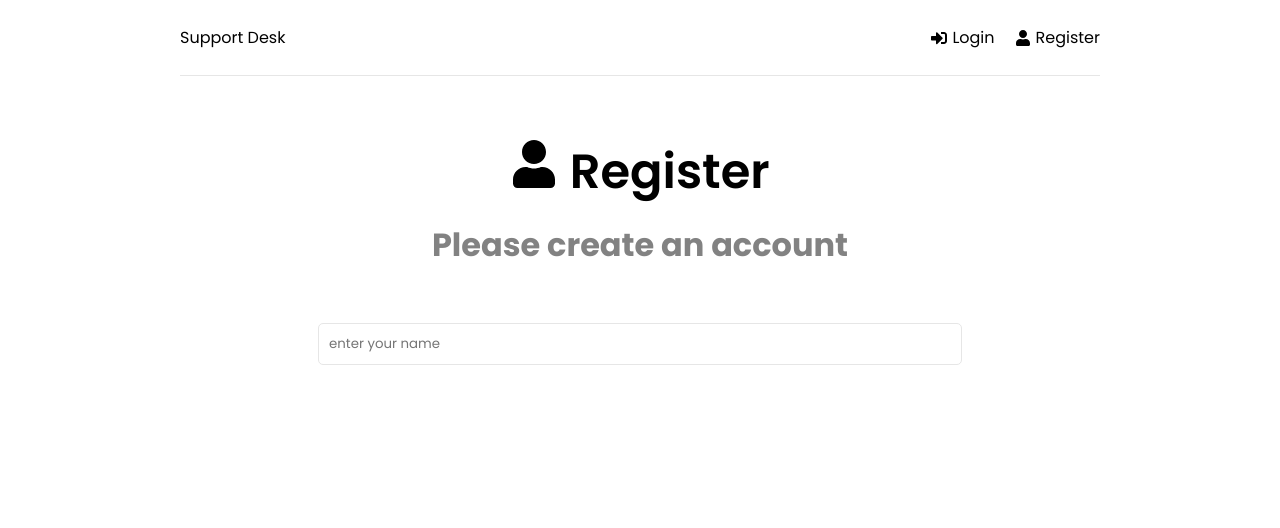
Repository: benjamins1995/support-desk
Page: /register (app in frontend/)
The author's editor kept a copy of each file at every save. The page is drawn from the files as they stood at one save, then again after the next save.
The browser window is 1280 px wide. The pictures show the whole page.
The project was rebuilt for these pictures with package versions that can differ from the ones it lists, and the page was loaded fresh each time. Also part of the build but not shown: frontend/src/pages/Login.jsx. Imported but missing from the stored project, and not drawn on this page: frontend/src/features/counter/counterSlice, frontend/src/pages/Home.

Above is the page before, as saved 2022-03-01 21:12:43.

### frontend/src/App.js
import { BrowserRouter as Router, Routes, Route } from 'react-router-dom';
import Header from './components/Header';
import Home from './pages/Home';
import Login from './pages/Login';
import Register from './pages/Register';

function App() {
  return (
    <>
      <Router>
        <div className='container'>
          <Header />
          <Routes>
            <Route path='/' element={<Home />} />
            <Route path='/login' element={<Login />} />
            <Route path='/register' element={<Register />} />
          </Routes>
        </div>
      </Router>
    </>
  );
}

export default App;

### frontend/src/components/Header.jsx
import { FaSignInAlt, FaSignOutAlt, FaUser } from 'react-icons/fa';
import { Link } from 'react-router-dom';

function Header() {
  return (
    <header className='header'>
      <div className='logo'>
        <Link to='/'> Support Desk</Link>
      </div>
      <ul>
        <li>
          <Link to='/login'>
            <FaSignInAlt /> Login
          </Link>
        </li>
        <li>
          <Link to='/register'>
            <FaUser /> Register
          </Link>
        </li>
      </ul>
    </header>
  );
}

export default Header;

### frontend/src/pages/Register.jsx
import { useState } from 'react';
import { FaUser } from 'react-icons/fa';

function Register() {
  const [formData, setFormData] = useState({
    name: '',
    email: '',
    password: '',
    password2: '',
  });

  const { name, email, password, password2 } = formData;

  const onChange = (e) => {
    setFormData((prevState) => ({
      ...prevState,
      [e.target.name]: e.target.value,
    }));
  };

  return (
    <>
      <section className='heading'>
        <h1>
          <FaUser /> Register
        </h1>
        <p>Please create an account</p>
      </section>
      <section className='form'>
        <form>
          <div className='form-group'>
            <input
              type='text'
              className='form-control'
              id='name'
              name='name'
              value={name}
              onChange={onChange}
              placeholder='enter your name'
            ></input>
          </div>
        </form>
      </section>
    </>
  );
}

export default Register;

Loaded but not shown: frontend/public/index.html (common file); frontend/src/index.js (common file); frontend/src/index.css (common file); frontend/src/app/store.js (common file); frontend/src/serviceWorker.js (common file)

After the next save:
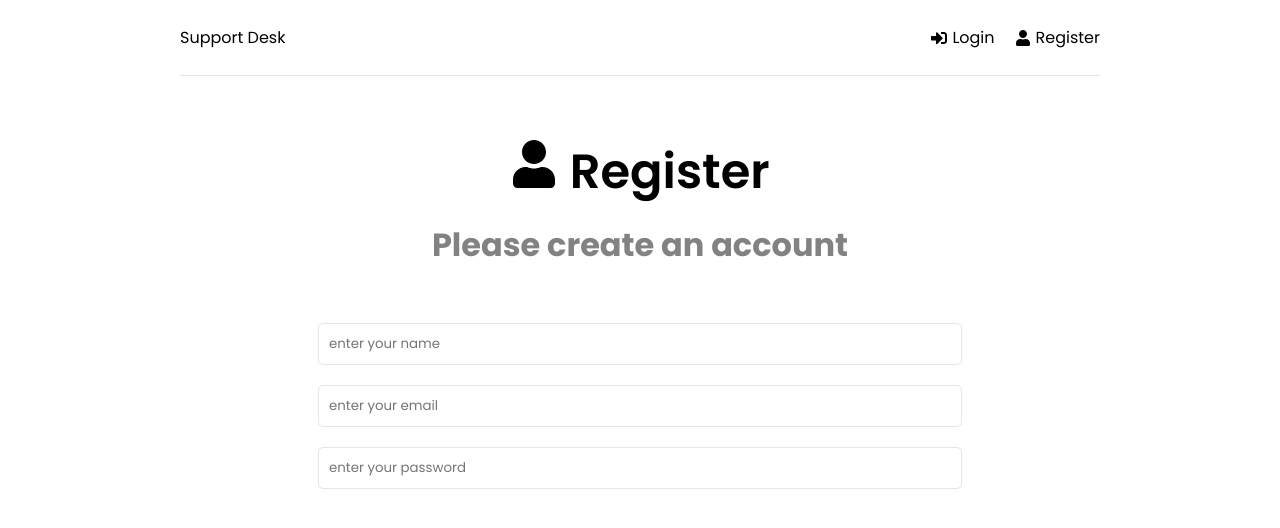
Saved 4 min 37 s later.
--- a/frontend/src/pages/Register.jsx
+++ b/frontend/src/pages/Register.jsx
@@ -39,6 +39,28 @@ function Register() {
               placeholder='enter your name'
             ></input>
           </div>
+          <div className='form-group'>
+            <input
+              type='email'
+              className='form-control'
+              id='email'
+              name='email'
+              value={email}
+              onChange={onChange}
+              placeholder='enter your email'
+            ></input>
+          </div>
+          <div className='form-group'>
+            <input
+              type='password'
+              className='form-control'
+              id='password'
+              name='password'
+              value={password}
+              onChange={onChange}
+              placeholder='enter your password'
+            ></input>
+          </div>
         </form>
       </section>
     </>
